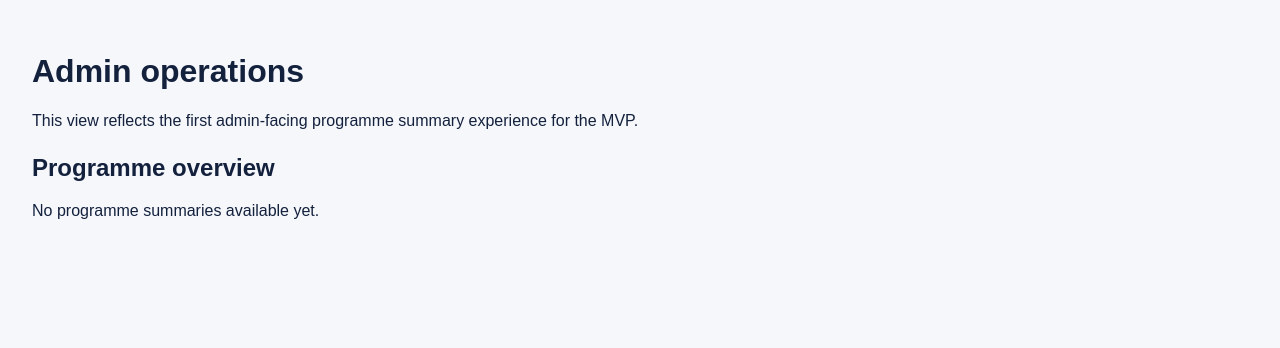
Repository: Teamthy/ykay-virtual
Page: /admin (app in apps/web/)
These files come from the project's save history. The page is drawn as it stood at one moment and after the next save; the edit follows.
The browser window is 1280 px wide. The pictures show the whole page.
The page's requests for data from a server got no answer. The project was rebuilt for these pictures with package versions that can differ from the ones it lists, and the page was loaded fresh each time. The framework's server and built-in components were replaced by stand-ins that run in the browser. No one was signed in, and anything a server would have sent is missing. Also part of the build but not shown: apps/web/next.config.js.

Above is the page before, as saved 2026-08-11 00:12:41.

### apps/web/app/layout.tsx
import './globals.css';

export const metadata = {
    title: 'YKAY Virtual School',
    description: 'Expert teaching. Structured learning. Anywhere.'
};

export default function RootLayout({ children }: { children: React.ReactNode }) {
    return (
        <html lang="en">
            <body>{children}</body>
        </html>
    );
}

### apps/web/app/admin/page.tsx
"use client";

import { useEffect, useState } from 'react';

type Summary = {
    id: string;
    title: string;
    curriculum: string;
    status: string;
    enrollmentCount: number;
};

export default function AdminPage() {
    const [summaries, setSummaries] = useState<Summary[]>([]);

    useEffect(() => {
        async function loadSummaries() {
            const response = await fetch('http://localhost:8080/api/v1/admin/programme-summaries');
            if (!response.ok) {
                return;
            }
            const data = await response.json();
            setSummaries(data.summaries ?? []);
        }

        loadSummaries();
    }, []);

    return (
        <main style={{ padding: '2rem', fontFamily: 'sans-serif', maxWidth: 840 }}>
            <h1>Admin operations</h1>
            <p>This view reflects the first admin-facing programme summary experience for the MVP.</p>
            <section style={{ marginTop: '1.5rem' }}>
                <h2>Programme overview</h2>
                {summaries.length === 0 ? (
                    <p>No programme summaries available yet.</p>
                ) : (
                    <ul style={{ display: 'grid', gap: '0.75rem', padding: 0, listStyle: 'none' }}>
                        {summaries.map((summary) => (
                            <li key={summary.id} style={{ border: '1px solid #d1d5db', borderRadius: '0.75rem', padding: '1rem' }}>
                                <strong>{summary.title}</strong>
                                <div>Curriculum: {summary.curriculum}</div>
                                <div>Status: {summary.status}</div>
                                <div>Enrollments: {summary.enrollmentCount}</div>
                            </li>
                        ))}
                    </ul>
                )}
            </section>
        </main>
    );
}

### apps/web/app/globals.css
html,
body {
    margin: 0;
    padding: 0;
    background: #f5f7fb;
    color: #14213d;
}

* {
    box-sizing: border-box;
}

After the next save:
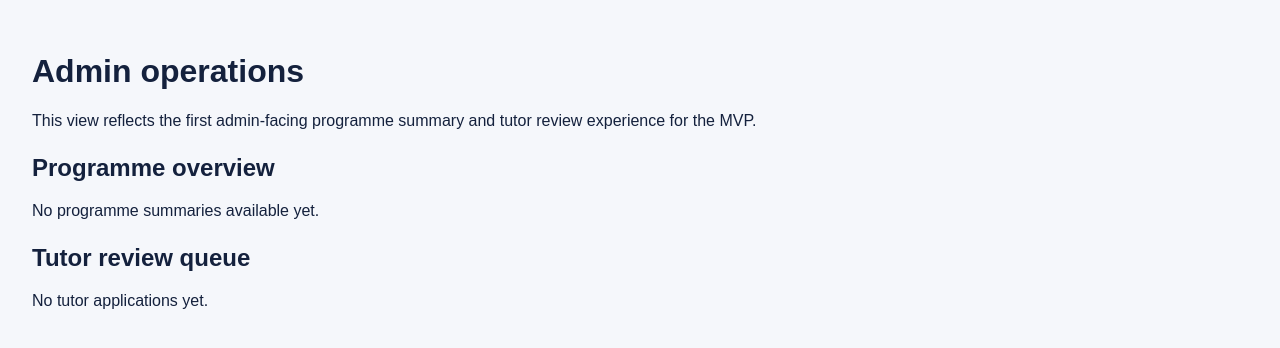
Saved 119 s later.
--- a/apps/web/app/admin/page.tsx
+++ b/apps/web/app/admin/page.tsx
@@ -10,26 +10,55 @@ type Summary = {
     enrollmentCount: number;
 };
 
+type TutorProfile = {
+    id: string;
+    name: string;
+    subject: string;
+    status: string;
+    timezone: string;
+};
+
 export default function AdminPage() {
     const [summaries, setSummaries] = useState<Summary[]>([]);
+    const [tutors, setTutors] = useState<TutorProfile[]>([]);
+
+    async function loadSummaries() {
+        const response = await fetch('http://localhost:8080/api/v1/admin/programme-summaries');
+        if (!response.ok) {
+            return;
+        }
+        const data = await response.json();
+        setSummaries(data.summaries ?? []);
+    }
+
+    async function loadTutors() {
+        const response = await fetch('http://localhost:8080/api/v1/tutors');
+        if (!response.ok) {
+            return;
+        }
+        const data = await response.json();
+        setTutors(data.profiles ?? []);
+    }
 
     useEffect(() => {
-        async function loadSummaries() {
-            const response = await fetch('http://localhost:8080/api/v1/admin/programme-summaries');
-            if (!response.ok) {
-                return;
-            }
-            const data = await response.json();
-            setSummaries(data.summaries ?? []);
-        }
-
         loadSummaries();
+        loadTutors();
     }, []);
 
+    async function handleApprove(id: string) {
+        await fetch(`http://localhost:8080/api/v1/tutors/status?id=${id}`, {
+            method: 'POST',
+            headers: { 'Content-Type': 'application/json' },
+            body: JSON.stringify({ status: 'APPROVED' }),
+        });
+        await loadTutors();
+    }
+
     return (
-        <main style={{ padding: '2rem', fontFamily: 'sans-serif', maxWidth: 840 }}>
+        <main style={{ padding: '2rem', fontFamily: 'sans-serif', maxWidth: 960 }}>
             <h1>Admin operations</h1>
-            <p>This view reflects the first admin-facing programme summary experience for the MVP.</p>
+            <p>This view reflects the first admin-facing programme summary and tutor review experience for the MVP.</p>
+
             <section style={{ marginTop: '1.5rem' }}>
                 <h2>Programme overview</h2>
                 {summaries.length === 0 ? (
@@ -47,6 +76,29 @@ export default function AdminPage() {
                     </ul>
                 )}
             </section>
+
+            <section style={{ marginTop: '1.5rem' }}>
+                <h2>Tutor review queue</h2>
+                {tutors.length === 0 ? (
+                    <p>No tutor applications yet.</p>
+                ) : (
+                    <ul style={{ display: 'grid', gap: '0.75rem', padding: 0, listStyle: 'none' }}>
+                        {tutors.map((tutor) => (
+                            <li key={tutor.id} style={{ border: '1px solid #d1d5db', borderRadius: '0.75rem', padding: '1rem' }}>
+                                <strong>{tutor.name}</strong>
+                                <div>Subject: {tutor.subject}</div>
+                                <div>Status: {tutor.status}</div>
+                                <div>Timezone: {tutor.timezone}</div>
+                                {tutor.status !== 'APPROVED' ? (
+                                    <button onClick={() => handleApprove(tutor.id)} style={{ marginTop: '0.75rem' }}>
+                                        Approve
+                                    </button>
+                                ) : null}
+                            </li>
+                        ))}
+                    </ul>
+                )}
+            </section>
         </main>
     );
 }
